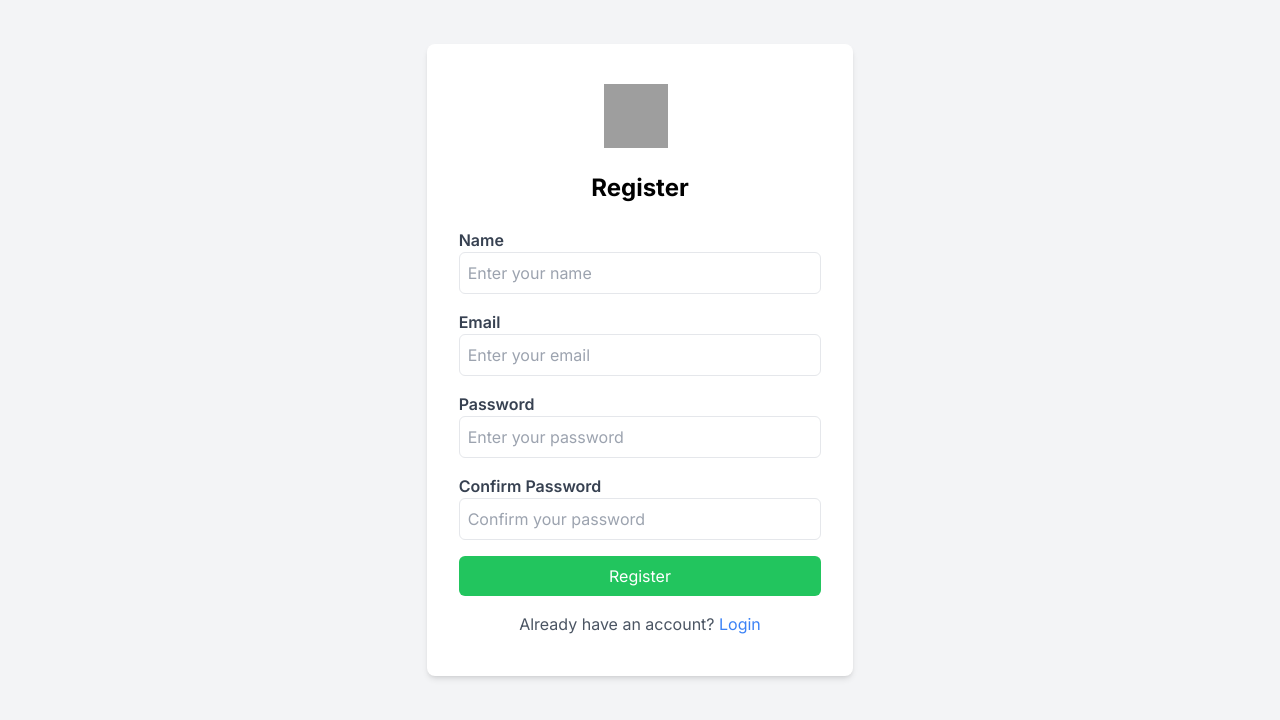
Repository: musabismael/expense-calculator-web
Page: /register
An editor plug-in stored every save of this project. The page is shown before and after the next save, followed by the edit.
The browser window is 1280 px wide. The pictures show the whole page.
Pictures or frames that could not be fetched are drawn as grey boxes. The project was rebuilt for these pictures with package versions that can differ from the ones it lists, and the page was loaded fresh each time. The framework's server and built-in components were replaced by stand-ins that run in the browser. Also part of the build but not shown: next.config.js.

Above is the page before, as saved 2023-08-22 21:14:04.

### src/app/layout.tsx
import './globals.css'
import type { Metadata } from 'next'
import { Inter } from 'next/font/google'

const inter = Inter({ subsets: ['latin'] })

export const metadata: Metadata = {
  title: 'Expense calculator',
  description: 'Generated by create next app',
}

export default function RootLayout({
  children,
}: {
  children: React.ReactNode
}) {
  return (
    <html lang="en">
      <body className={inter.className}>{children}</body>
    </html>
  )
}

### src/app/register/page.jsx
"use client"
import Link from 'next/link';
import RegistrationForm from '../../components/Auth/RegistrationForm';

function RegisterPage() {
  return (
    <div className="flex flex-col items-center justify-center h-screen bg-gray-100">
      <div className="bg-white shadow-md rounded-lg px-8 py-10 w-1/3">
        <div className="flex justify-center items-center mb-6">
          <img src="/images/logo.png" alt="Logo" className="h-16 w-16 mr-2" />
        </div>
        <h2 className="text-2xl font-bold mb-6 text-center">Register</h2>
        <RegistrationForm />
        <div className="mt-4 text-center">
          <p className="text-gray-600">
            Already have an account?{' '}
              <Link href="/login" className="text-blue-500 hover:underline">Login</Link>
          </p>
        </div>
      </div>
    </div>
  );
}

export default RegisterPage;

### src/components/Auth/RegistrationForm.jsx
import { useState } from 'react';

function RegistrationForm() {
  const [name, setName] = useState('');
  const [email, setEmail] = useState('');
  const [password, setPassword] = useState('');
  const [confirmPassword, setConfirmPassword] = useState('');
  const [error, setError] = useState(null);
  const [isLoading, setIsLoading] = useState(false);

  const handleSubmit = async (e) => {
    e.preventDefault();

    if (password !== confirmPassword) {
      setError('Passwords do not match.');
      return;
    }

    setIsLoading(true);
    setError(null);

    try {
      // Simulate registration by delaying for a few seconds
      // Replace this with your actual registration logic
      await new Promise((resolve) => setTimeout(resolve, 2000));

      // Clear form inputs and show success message
      setName('');
      setEmail('');
      setPassword('');
      setConfirmPassword('');
      setError(null);

      console.log('Registration successful!');
    } catch (err) {
      setError('An error occurred. Please try again later.');
    } finally {
      setIsLoading(false);
    }
  };

  return (
    <form onSubmit={handleSubmit} className="space-y-4">
      <div>
        <label htmlFor="name" className="block text-gray-700 font-semibold">
          Name
        </label>
        <input
          type="text"
          id="name"
          className="w-full p-2 border rounded-md focus:outline-none focus:ring focus:border-blue-500"
          placeholder="Enter your name"
          value={name}
          onChange={(e) => setName(e.target.value)}
          required
        />
      </div>
      <div>
        <label htmlFor="email" className="block text-gray-700 font-semibold">
          Email
        </label>
        <input
          type="email"
          id="email"
          className="w-full p-2 border rounded-md focus:outline-none focus:ring focus:border-blue-500"
          placeholder="Enter your email"
          value={email}
          onChange={(e) => setEmail(e.target.value)}
          required
        />
      </div>
      <div>
        <label htmlFor="password" className="block text-gray-700 font-semibold">
          Password
        </label>
        <input
          type="password"
          id="password"
          className="w-full p-2 border rounded-md focus:outline-none focus:ring focus:border-blue-500"
          placeholder="Enter your password"
          value={password}
          onChange={(e) => setPassword(e.target.value)}
          required
        />
      </div>
      <div>
        <label htmlFor="confirmPassword" className="block text-gray-700 font-semibold">
          Confirm Password
        </label>
        <input
          type="password"
          id="confirmPassword"
          className="w-full p-2 border rounded-md focus:outline-none focus:ring focus:border-blue-500"
          placeholder="Confirm your password"
          value={confirmPassword}
          onChange={(e) => setConfirmPassword(e.target.value)}
          required
        />
      </div>
      <div>
        <button
          type="submit"
          className="w-full bg-green-500 text-white py-2 px-4 rounded-md hover:bg-green-600 focus:outline-none focus:ring"
        >
          Register
        </button>
      </div>
    </form>
  );
}

export default RegistrationForm;

Loaded but not shown: src/app/globals.css (common file); tailwind.config.ts (common file)

After the next save:
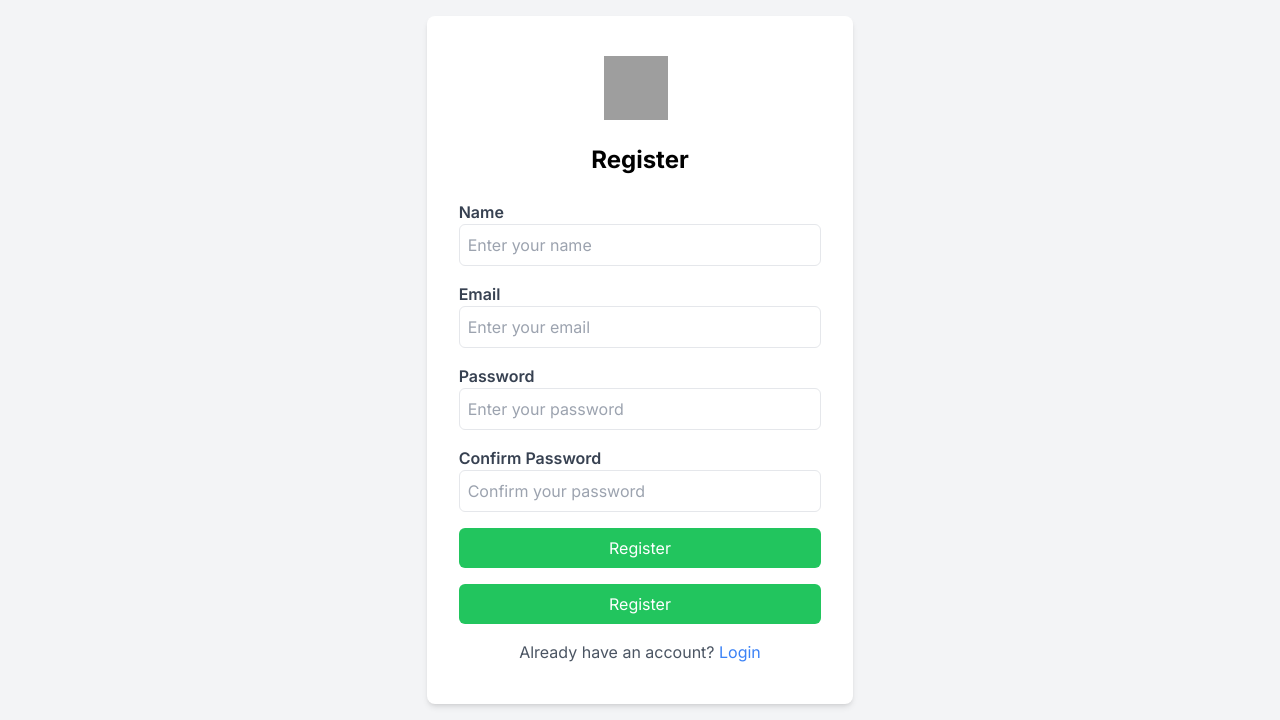
Saved 30 s later.
--- a/src/components/Auth/RegistrationForm.jsx
+++ b/src/components/Auth/RegistrationForm.jsx
@@ -105,6 +105,18 @@
           Register
         </button>
       </div>
+      {error && <p className="text-red-500">{error}</p>}
+      <div>
+        <button
+          type="submit"
+          className={`w-full bg-green-500 text-white py-2 px-4 rounded-md hover:bg-green-600 focus:outline-none focus:ring ${
+            isLoading ? 'opacity-50 cursor-not-allowed' : ''
+          }`}
+          disabled={isLoading}
+        >
+          {isLoading ? 'Registering...' : 'Register'}
+        </button>
+      </div>
     </form>
   );
 }

After the 3 saves that followed:
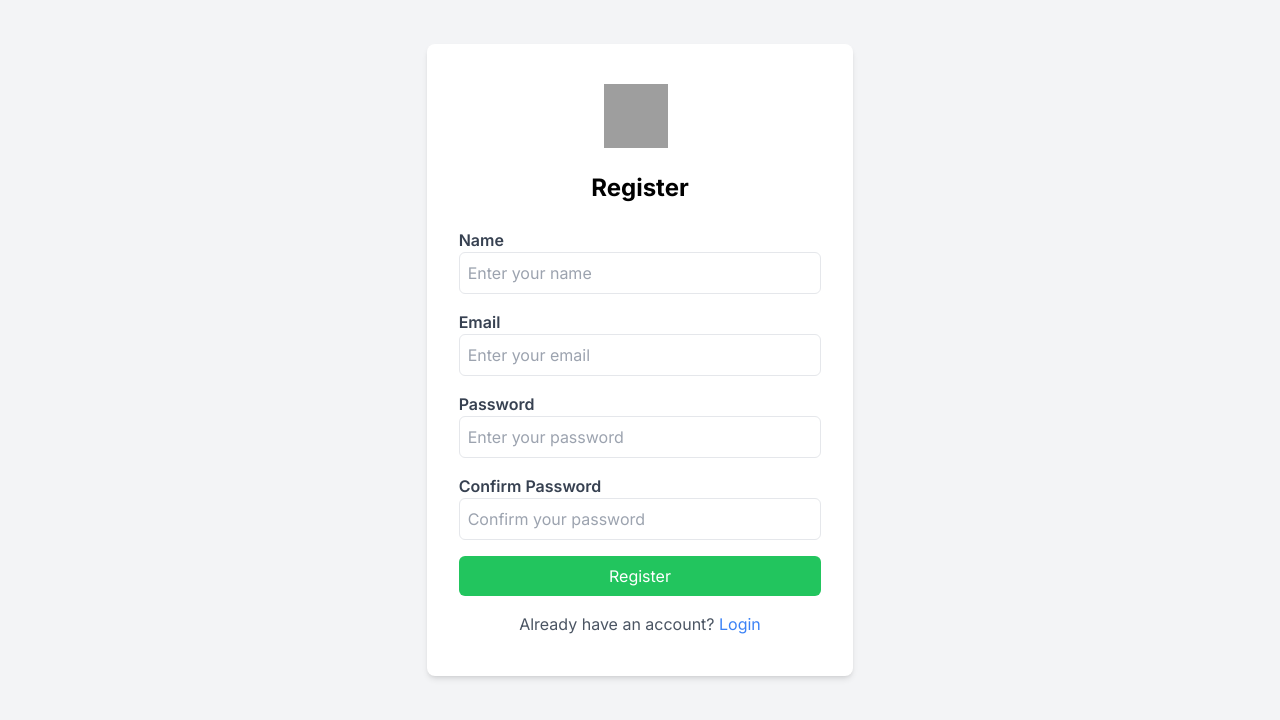
The 3 saves are shown as one change because 1 left the picture as it was and some came seconds apart.
The last was saved 32 s later.
--- a/src/components/Auth/RegistrationForm.jsx
+++ b/src/components/Auth/RegistrationForm.jsx
@@ -97,14 +97,6 @@
           required
         />
       </div>
-      <div>
-        <button
-          type="submit"
-          className="w-full bg-green-500 text-white py-2 px-4 rounded-md hover:bg-green-600 focus:outline-none focus:ring"
-        >
-          Register
-        </button>
-      </div>
       {error && <p className="text-red-500">{error}</p>}
       <div>
         <button
